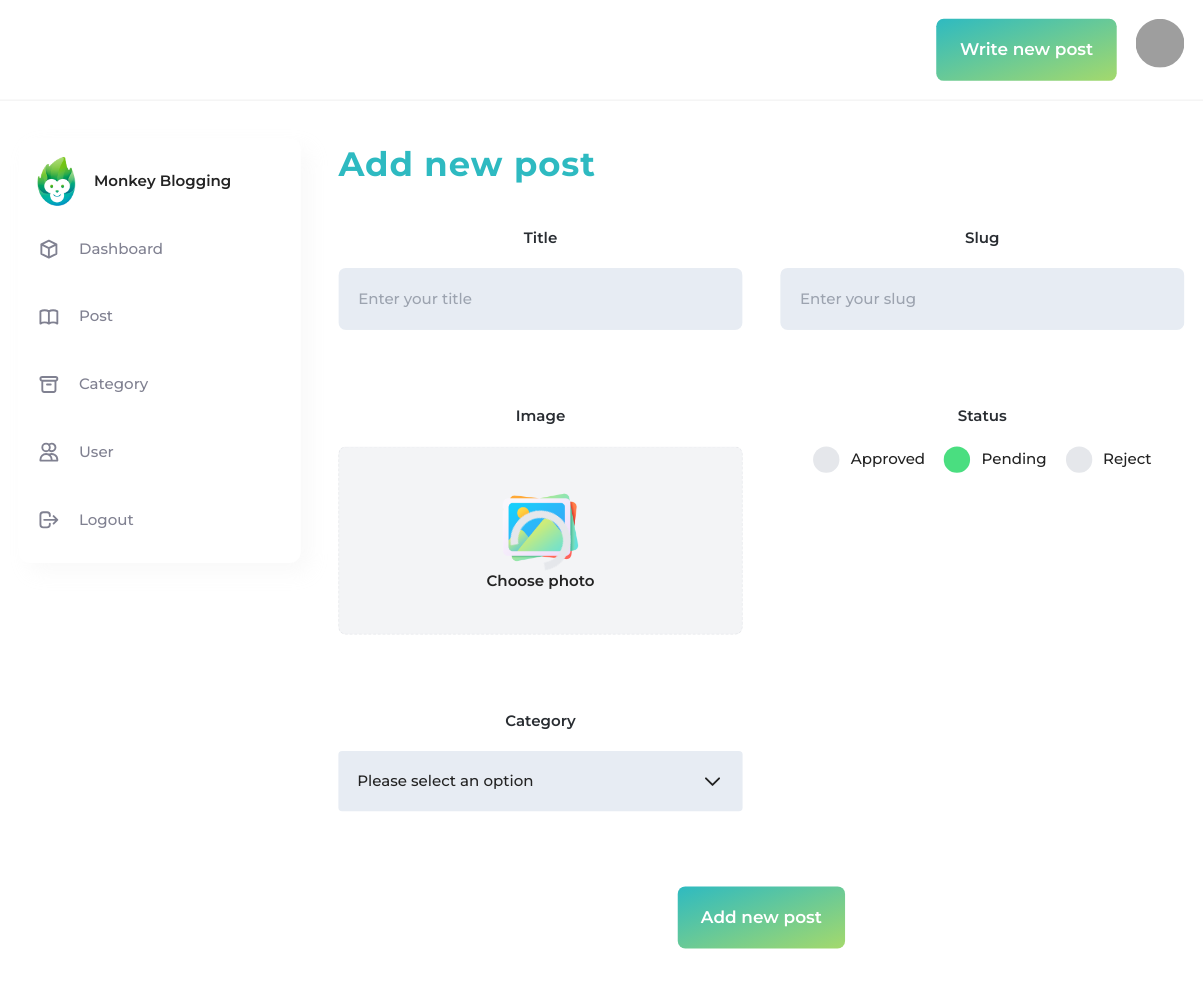
Repository: ThanhPhongsof/react-course-projects
Page: /manage/add-post (app in react-monkey-bloging/)
The author's editor kept a copy of each file at every save. The page is drawn from the files as they stood at one save, then again after the next save.
The browser window is 1280 px wide. The pictures show the whole page, at 94% of full size.
Pictures or frames that could not be fetched are drawn as grey boxes. The project was rebuilt for these pictures with package versions that can differ from the ones it lists, and the page was loaded fresh each time. Also part of the build but not shown: react-monkey-bloging/src/page/AuthenticationPage.js, react-monkey-bloging/src/components/icon/IconEyeOpen.js, react-monkey-bloging/src/components/icon/IconEyeClose.js, react-monkey-bloging/src/components/icon/index.js, react-monkey-bloging/src/components/input/InputPasswordToggle.js, react-monkey-bloging/src/page/SignUpPage.js, react-monkey-bloging/src/page/SignInPage.js, react-monkey-bloging/src/components/layout/Header.js and 21 more. Imported but missing from the stored project, and not drawn on this page: react-monkey-bloging/src/components/loading/LoadingSpinner, react-monkey-bloging/src/module/post/PostMeta.

Above is the page before, as saved 2022-05-09 15:25:35.

### react-monkey-bloging/public/index.html
<!DOCTYPE html>
<html lang="en">
  <head>
    <meta charset="utf-8" />
    <link rel="icon" href="%PUBLIC_URL%/favicon.ico" />
    <meta name="viewport" content="width=device-width, initial-scale=1" />
    <meta name="theme-color" content="#000000" />
    <meta
      name="description"
      content="Web site created using create-react-app"
    />
    <link rel="apple-touch-icon" />

    <link rel="manifest" href="%PUBLIC_URL%/manifest.json" />
    <link rel="preconnect" href="https://fonts.googleapis.com" />
    <link rel="preconnect" href="https://fonts.gstatic.com" crossorigin />
    <link
      href="https://fonts.googleapis.com/css2?family=Montserrat:wght@400;500;600;700&display=swap"
      rel="stylesheet"
    />
    <title>Monkey Blogging App</title>
  </head>
  <body>
    <noscript>You need to enable JavaScript to run this app.</noscript>
    <div id="root"></div>
    <!--
      This HTML file is a template.
      If you open it directly in the browser, you will see an empty page.

      You can add webfonts, meta tags, or analytics to this file.
      The build step will place the bundled scripts into the <body> tag.

      To begin the development, run `npm start` or `yarn start`.
      To create a production bundle, use `npm run build` or `yarn build`.
    -->
  </body>
</html>

### react-monkey-bloging/src/index.js
import React from "react";
import "./styles/index.scss";
import App from "./App";
import reportWebVitals from "./reportWebVitals";
import { ThemeProvider } from "styled-components";
import { GlobalStyles } from "./styles/GlobalStyles";
import { theme } from "./utils/constants";
import { BrowserRouter } from "react-router-dom";
import { createRoot } from "react-dom/client";
import { ToastContainer } from "react-toastify";
import "react-toastify/dist/ReactToastify.css";
const container = document.getElementById("root");
const root = createRoot(container);

root.render(
  <React.StrictMode>
    <ThemeProvider theme={theme}>
      <GlobalStyles></GlobalStyles>
      <BrowserRouter>
        <App />
        <ToastContainer></ToastContainer>
      </BrowserRouter>
    </ThemeProvider>
  </React.StrictMode>
);

reportWebVitals();

### react-monkey-bloging/src/styles/index.scss
@tailwind base;
@tailwind components;
@tailwind utilities;
@import "reset";

@layer base {
  body {
    line-height: 1.5;
    // -webkit-font-smoothing: antialiased;
    -webkit-tap-highlight-color: rgba(0, 0, 0, 0);
    font-family: "Montserrat", sans-serif;
    font-size: 16px;
    color: #232323;
  }
}
.container {
  width: 100%;
  max-width: 1260px;
  margin: 0 auto;
  padding: 0 20px;
}
a {
  text-decoration: none;
  color: inherit;
}
.text-primary {
  color: #a4d96c;
}
.grid-layout {
  display: grid;
  grid-auto-columns: 235px;
  gap: 20px;
  -ms-overflow-style: none;
  scrollbar-width: none;
  &::-webkit-scrollbar {
    display: none;
  }
  @media screen and (min-width: 1024px) {
    grid-template-columns: repeat(3, minmax(0, 1fr));
    gap: 40px;
  }
  @media screen and (max-width: 1023.98px) {
    grid-auto-flow: column;
    scroll-snap-type: x mandatory;
    overflow-x: auto;
  }
  & > * {
    scroll-snap-align: start;
  }
  &--primary {
    grid-auto-columns: 220px;
    @media screen and (min-width: 1024px) {
      grid-template-columns: repeat(4, minmax(0, 1fr));
    }
  }
}
.home-block {
  padding-bottom: 40px;
  @media screen and (min-width: 1024px) {
    padding-bottom: 60px;
  }
}
.entry-content {
  font-size: 16px;
  h2,
  h3,
  h4 {
    font-weight: bold;
    margin-bottom: 20px;
  }
  h2 {
    font-size: 32px;
  }
  h3 {
    font-size: 26px;
  }
  h4 {
    font-size: 22px;
  }
  p {
    margin-bottom: 20px;
    line-height: 2;
  }
  figure {
    margin-bottom: 20px;
  }
  figure img {
    border-radius: 20px;
    margin-bottom: 10px;
  }
  figcaption {
    text-align: center;
    font-style: italic;
    font-size: 14px;
    color: #6b6b6b;
  }
  @media screen and (max-width: 1023.98px) {
    font-size: 14px;
    h2 {
      font-size: 26px;
    }
    h3 {
      font-size: 24px;
    }
    h4 {
      font-size: 20px;
    }
  }
}
.hidden-input {
  border: 0;
  clip: rect(0 0 0 0);
  height: 1px;
  margin: -1px;
  overflow: hidden;
  padding: 0;
  position: absolute;
  width: 1px;
  white-space: nowrap;
}

@keyframes spin {
  from {
    transform: rotate(0deg);
  }
  to {
    transform: rotate(360deg);
  }
}

### react-monkey-bloging/src/App.js
import { Route, Routes } from "react-router-dom";
import { AuthProvider } from "./contexts/auth-context";
import SignUpPage from "./page/SignUpPage";
import SignInPage from "page/SignInPage";
import HomePage from "page/HomePage";
import NotFoundPage from "page/NotFoundPage";
import PostDetailsPage from "page/PostDetailsPage";
import DashboardLayout from "module/dashboard/DashboardLayout";
import DashboardPage from "page/DashboardPage";
import PostManage from "module/post/PostManage";
import PostAddNew from "module/post/PostAddNew";

const App = () => {
  return (
    <div>
      <AuthProvider>
        <Routes>
          <Route path="/" element={<HomePage></HomePage>}></Route>
          <Route path="/sign-up" element={<SignUpPage></SignUpPage>}></Route>
          <Route path="/sign-in" element={<SignInPage></SignInPage>}></Route>
          <Route path="*" element={<NotFoundPage></NotFoundPage>}></Route>
          <Route
            path="/:slug"
            element={<PostDetailsPage></PostDetailsPage>}
          ></Route>
          <Route element={<DashboardLayout></DashboardLayout>}>
            <Route
              path="/dashboard"
              element={<DashboardPage></DashboardPage>}
            ></Route>
            <Route
              path="/manage/post"
              element={<PostManage></PostManage>}
            ></Route>
            <Route
              path="/manage/add-post"
              element={<PostAddNew></PostAddNew>}
            ></Route>
          </Route>
        </Routes>
      </AuthProvider>
    </div>
  );
};

export default App;

### react-monkey-bloging/src/utils/constants.js
export const theme = {
  primary: "#2EBAC1",
  secondary: "#A4D96C",
  grayDark: "#292D32",
  grayLight: "#E7ECF3",
  grayScale: "#6B6B6B",
  tertiary: "#3A1097",
  accent: "#00D1ED",
  purpleLight: "#F3EDFF",
  gray23: "#232323",
  gray80: "#808191",
};

export const postStatus = {
  APPROVED: 1,
  PENDING: 2,
  REJECTED: 3,
};

### react-monkey-bloging/src/styles/_reset.scss
* {
  margin: 0;
  padding: 0;
}
img,
picture,
video,
canvas,
svg {
  display: block;
  max-width: 100%;
}
input,
button,
textarea,
select {
  font: inherit;
  outline: none;
  border: none;
}
p,
h1,
h2,
h3,
h4,
h5,
h6 {
  overflow-wrap: break-word;
}

### react-monkey-bloging/src/contexts/auth-context.js
import { auth } from "firebase-app/firebase-config";
import { onAuthStateChanged } from "firebase/auth";
import { createContext, useContext, useEffect, useState } from "react";

const AuthContext = createContext();

const AuthProvider = (props) => {
  const [userInfo, setUserInfo] = useState({});
  const value = { userInfo, setUserInfo };
  useEffect(() => {
    onAuthStateChanged(auth, (user) => {
      setUserInfo(user);
    });
  }, []);
  return <AuthContext.Provider {...props} value={value}></AuthContext.Provider>;
};

const useAuth = () => {
  const context = useContext(AuthContext);
  if (typeof context === "undefined")
    throw new Error("useAuth must be used within AuthProvider");
  return context;
};

export { useAuth, AuthProvider };

### react-monkey-bloging/src/module/dashboard/DashboardLayout.js
import React from "react";
import { Outlet } from "react-router-dom";
import styled from "styled-components";
import DashboardHeader from "./DashboardHeader";
import Sidebar from "./Sidebar";

const DashboardLayoutStyles = styled.div`
  max-width: 1600px;
  margin: 0 auto;
  .dashboard {
    &-heading {
      font-weight: bold;
      font-size: 36px;
      margin-bottom: 40px;
      color: ${(props) => props.theme.primary};
      letter-spacing: 1px;
    }
    &-main {
      display: grid;
      grid-template-columns: 300px minmax(0, 1fr);
      padding: 40px 20px;
      gap: 0 40px;
      align-items: start;
    }
  }
`;

const DashboardLayout = () => {
  return (
    <DashboardLayoutStyles>
      <DashboardHeader></DashboardHeader>
      <div className="dashboard-main">
        <Sidebar></Sidebar>
        <div className="dashboard-children">
          <Outlet></Outlet>
        </div>
      </div>
    </DashboardLayoutStyles>
  );
};

export default DashboardLayout;

### react-monkey-bloging/src/firebase-app/firebase-config.js
import { initializeApp } from "firebase/app";
import { getFirestore } from "firebase/firestore";
import { getAuth } from "firebase/auth";
const firebaseConfig = {
  apiKey: "AIzaSyAdpQ4sW6LhnaANOQOgJJZImO0FWC0Ar70",
  authDomain: "monkey-blogging-da39c.firebaseapp.com",
  projectId: "monkey-blogging-da39c",
  storageBucket: "monkey-blogging-da39c.appspot.com",
  messagingSenderId: "1089989654619",
  appId: "1:1089989654619:web:f211b6c6805ab03926a77e",
};

// Initialize Firebase
const app = initializeApp(firebaseConfig);
export const db = getFirestore(app);
export const auth = getAuth(app);

### react-monkey-bloging/src/components/label/index.js
import Label from "./Label";
export { Label };

### react-monkey-bloging/src/components/input/index.js
import Input from "./Input";
export { Input };

### react-monkey-bloging/src/components/field/index.js
import Field from "./Field";
export { Field };

### react-monkey-bloging/src/module/dashboard/DashboardHeader.js
import { Button } from "components/button";
import React from "react";
import styled from "styled-components";

const DashboardHeaderStyles = styled.div`
  background-color: white;
  padding: 20px;
  border-bottom: 1px solid #eee;
  display: flex;
  justify-content: flex-end;
  gap: 20px;
  .header-avatar {
    width: 52px;
    height: 52px;
    img {
      width: 100%;
      height: 100%;
      object-fit: cover;
      border-radius: 100rem;
    }
  }
`;

const DashboardHeader = () => {
  return (
    <DashboardHeaderStyles>
      <Button type="button" to="/dashboard" className="header-button">
        Write new post
      </Button>
      <div className="header-avatar">
        <img
          src="https://images.unsplash.com/photo-1568602471122-7832951cc4c5?ixlib=rb-1.2.1&ixid=MnwxMjA3fDB8MHxwaG90by1wYWdlfHx8fGVufDB8fHx8&auto=format&fit=crop&w=3270&q=80"
          alt="avatar"
        />
      </div>
    </DashboardHeaderStyles>
  );
};

export default DashboardHeader;

### react-monkey-bloging/src/components/checkbox/index.js
import Checkbox from "./Checkbox";
import Radio from "./Radio";

export { Checkbox, Radio };

### react-monkey-bloging/src/components/dropdown/index.js
import Dropdown from "./Dropdown";
import Option from "./Option";
import Search from "./Search";

Dropdown.Option = Option;
Dropdown.Search = Search;

export { Dropdown };

### react-monkey-bloging/src/components/image/ImageUpload.js
import React, { Fragment } from "react";
import styled, { keyframes } from "styled-components";

const ImageUploadStyles = styled.label`
  display: flex;
  align-items: center;
  justify-content: center;
  background-color: rgb(243 244 246);
  border-width: 1px;
  border-style: dashed;
  width: 100%;
  min-height: 200px;
  position: relative;
  overflow: hidden;
  border-radius: 8px;
  cursor: pointer;
  &:hover .image-icon-delete {
    opacity: 1;
    visibility: visible;
  }
  .image {
    &-display {
      display: flex;
      flex-direction: column;
      align-items: center;
      text-align: center;
      pointer-events: none;
    }
    &-show {
      width: 100%;
      height: 100%;
      object-fit: cover;
    }
    &-icon-delete {
      display: flex;
      align-items: center;
      justify-content: center;
      position: absolute;
      z-index: 10;
      width: 56px;
      height: 56px;
      border-radius: 9999px;
      cursor: pointer;
      background-color: rgb(255 255 255 / 1);
      color: rgb(239 68 68);
      opacity: 0;
      visibility: hidden;
      transition-property: all;
      transition-timing-function: cubic-bezier(0.4, 0, 0.2, 1);
      transition-duration: 150ms;
    }
    &-loading {
      width: 64px;
      height: 64px;
      border-width: 8px;
      /* border-color: rgb(34, 197, 94); */
      border-style: solid;
      border-color: linear-gradient(to left, #00c853, #b2ff59);
      /* linear-gradient(
        to right bottom,
        ${(props) => props.theme.primary},
        ${(props) => props.theme.secondary}
      ); */
      border-top-color: transparent;
      position: absolute;
      z-index: 10;
      border-radius: 9999px;
      animation: spin 1s linear infinite;
    }
    &-none {
      max-width: 80px;
      margin-bottom: 5px;
    }
    &-choose {
      font-weight: 600;
    }
    &-overlay {
      position: absolute;
      height: 2px;
      background-color: rgb(74, 222, 128);
      left: 0;
      bottom: 0;
      transition-property: all;
      transition-timing-function: cubic-bezier(0.4, 0, 0.2, 1);
      transition-duration: 150ms;
    }
  }
  @keyframes spin {
    from {
      transform: rotate(0deg);
    }
    to {
      transform: rotate(360deg);
    }
  }
`;

const ImageUpload = ({
  name,
  className,
  progress = 0,
  image,
  handleDeleteImage = () => {},
  ...rest
}) => {
  return (
    <ImageUploadStyles className={className}>
      <input
        type="file"
        name={name}
        className="hidden-input"
        onChange={() => {}}
        {...rest}
      />
      {/* {progress !== 0 && !image && <div className="image-loading"></div>} */}
      <div className="image-loading"></div>
      {image ? (
        <Fragment>
          <img src={image} className="image-show" alt="" />
          <button
            type="button"
            className="image-icon-delete"
            onClick={handleDeleteImage}
          >
            <svg
              xmlns="http://www.w3.org/2000/svg"
              className="w-6 h-6"
              fill="none"
              viewBox="0 0 24 24"
              stroke="currentColor"
              strokeWidth={2}
            >
              <path
                strokeLinecap="round"
                strokeLinejoin="round"
                d="M19 7l-.867 12.142A2 2 0 0116.138 21H7.862a2 2 0 01-1.995-1.858L5 7m5 4v6m4-6v6m1-10V4a1 1 0 00-1-1h-4a1 1 0 00-1 1v3M4 7h16"
              />
            </svg>
          </button>
        </Fragment>
      ) : (
        <div className="image-display">
          <img src="/img-upload.png" alt="upload-img" className="image-none" />
          <p className="image-choose">Choose photo</p>
        </div>
      )}
      {!image && (
        <div
          className="image-overlay image-upload-progress"
          style={{ width: `${Math.ceil(progress)}%` }}
        ></div>
      )}
    </ImageUploadStyles>
  );
};

export default ImageUpload;

### react-monkey-bloging/src/components/label/Label.js
import React from "react";
import styled from "styled-components";

const LabelStyles = styled.label`
  color: ${(props) => props.theme.grayDark};
  font-weight: 600;
  cursor: pointer;
`;

const Label = ({ htmlFor = "", children, ...props }) => {
  return (
    <LabelStyles htmlFor={htmlFor} {...props}>
      {children}
    </LabelStyles>
  );
};

export default Label;

### react-monkey-bloging/src/components/input/Input.js
import React from "react";
import styled from "styled-components";
import { useController } from "react-hook-form";

const InputStyles = styled.div`
  position: relative;
  width: 100%;
  input {
    width: 100%;
    padding: ${(props) => (props.hasIcon ? "20px 60px 20px 20px" : "20px")};
    background-color: ${(props) => props.theme.grayLight};
    border-radius: 8px;
    font-weight: 500;
    transition: all 0.2s linear;
    border: 1px solid transparent;
  }
  input:focus {
    background-color: white;
    border-color: ${(props) => props.theme.primary};
  }
  input:-webkit-input-placeholder {
    color: #84878b;
    font-weight: 500;
    transition: all 0.2s linear;
  }
  input::-moz-input-placeholder {
    color: #84878b;
  }
  .input-icon {
    position: absolute;
    right: 20px;
    top: 50%;
    transform: translateY(-50%);
    cursor: pointer;
  }
`;

const Input = ({ name = "", type = "text", children, control, ...props }) => {
  const { field } = useController({ control, name, defaultValue: "" });

  return (
    <InputStyles hasIcon={children ? true : false}>
      <input id={name} type={type} {...props} {...field} />
      {children ? <div className="input-icon">{children}</div> : null}
    </InputStyles>
  );
};

export default Input;

### react-monkey-bloging/src/components/Field/Field.js
import React from "react";
import styled from "styled-components";

const FieldStyles = styled.div`
  display: flex;
  flex-direction: column;
  align-items: center;
  row-gap: 20px;
  margin-bottom: 40px;
  &:last-child {
    margin-bottom: 0;
  }
`;

const Field = ({ children }) => {
  return <FieldStyles>{children}</FieldStyles>;
};

export default Field;

### react-monkey-bloging/src/components/checkbox/Radio.js
import React from "react";
import { useController } from "react-hook-form";

const Radio = ({ checked, children, control, name, ...rest }) => {
  const { field } = useController({ control, name, defaultValue: "" });
  return (
    <label>
      <input
        type="radio"
        className="hidden-input"
        checked={checked}
        onChange={() => {}}
        {...field}
        {...rest}
      />
      <div className="flex items-center font-medium cursor-pointer gap-x-3">
        <div
          className={`w-7 h-7 rounded-full ${
            checked ? "bg-green-400" : "bg-gray-200"
          }`}
        ></div>
        <span>{children}</span>
      </div>
    </label>
  );
};

export default Radio;

### react-monkey-bloging/src/components/dropdown/Dropdown.js
import { DropdonwProvider } from "contexts/dropdown-context";
import React, { useState } from "react";
const Dropdown = ({
  placeholder = "Please select an option",
  children,
  ...props
}) => {
  const [show, setShow] = useState(false);
  const handleToggleDropdown = () => {
    setShow(!show);
  };

  return (
    <DropdonwProvider {...props}>
      <div className="relative inline-block w-full">
        <div
          className="flex items-center justify-between p-5 rounded cursor-pointer bg-[#E7ECF3] font-medium"
          onClick={handleToggleDropdown}
        >
          <span>{placeholder}</span>
          <span>
            {show ? (
              <svg
                xmlns="http://www.w3.org/2000/svg"
                className="w-6 h-6"
                fill="none"
                viewBox="0 0 24 24"
                stroke="currentColor"
                strokeWidth="2"
              >
                <path
                  strokeLinecap="round"
                  strokeLinejoin="round"
                  d="M5 15l7-7 7 7"
                />
              </svg>
            ) : (
              <svg
                xmlns="http://www.w3.org/2000/svg"
                className="w-6 h-6"
                fill="none"
                viewBox="0 0 24 24"
                stroke="currentColor"
                strokeWidth="2"
              >
                <path
                  strokeLinecap="round"
                  strokeLinejoin="round"
                  d="M19 9l-7 7-7-7"
                />
              </svg>
            )}
          </span>
        </div>
        {show && (
          <div className="absolute left-0 w-full bg-white shadow-sm top-full">
            {children}
          </div>
        )}
      </div>
    </DropdonwProvider>
  );
};

export default Dropdown;

### react-monkey-bloging/src/components/loading/index.js
import LoadingSpinner from "./LoadingSpinner";

export { LoadingSpinner };

### react-monkey-bloging/src/contexts/dropdown-context.js
const { createContext, useContext } = require("react");

const DropdonwContext = createContext();
const DropdonwProvider = (props) => {
  return (
    <DropdonwContext.Provider value={props}>
      {props.children}
    </DropdonwContext.Provider>
  );
};

const useDropdown = () => {
  const context = useContext(DropdonwContext);
  if (typeof context === "undefined")
    throw new Error("useDropdown must be used within DropdownProvider");
  return context;
};

export { useDropdown, DropdonwProvider };

Loaded but not shown: react-monkey-bloging/src/reportWebVitals.js (common file); react-monkey-bloging/src/styles/GlobalStyles.js (common file); react-monkey-bloging/src/styles/GlobalClasses.js (common file); react-monkey-bloging/src/components/button/index.js (common file); react-monkey-bloging/tailwind.config.js (common file); react-monkey-bloging/src/module/post/PostAddNew.js (188 lines, source omitted); react-monkey-bloging/src/module/dashboard/Sidebar.js (159 lines, source omitted); react-monkey-bloging/src/components/button/Button.js (80 lines, source omitted)

After the next save:
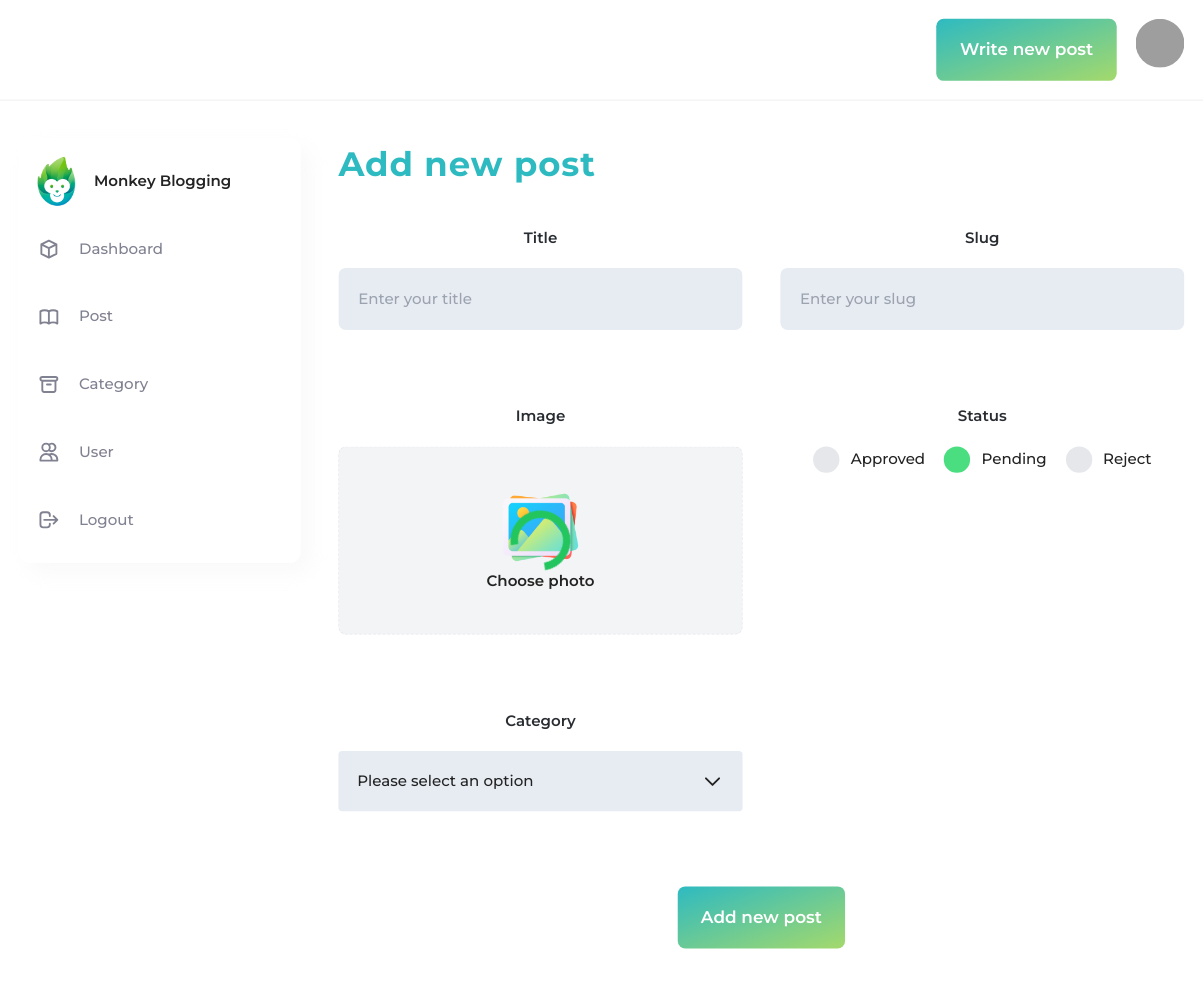
Saved 46 s later.
--- a/react-monkey-bloging/src/components/image/ImageUpload.js
+++ b/react-monkey-bloging/src/components/image/ImageUpload.js
@@ -53,14 +53,7 @@ const ImageUploadStyles = styled.label`
       width: 64px;
       height: 64px;
       border-width: 8px;
-      /* border-color: rgb(34, 197, 94); */
-      border-style: solid;
-      border-color: linear-gradient(to left, #00c853, #b2ff59);
-      /* linear-gradient(
-        to right bottom,
-        ${(props) => props.theme.primary},
-        ${(props) => props.theme.secondary}
-      ); */
+      border-color: rgb(34, 197, 94);
       border-top-color: transparent;
       position: absolute;
       z-index: 10;
